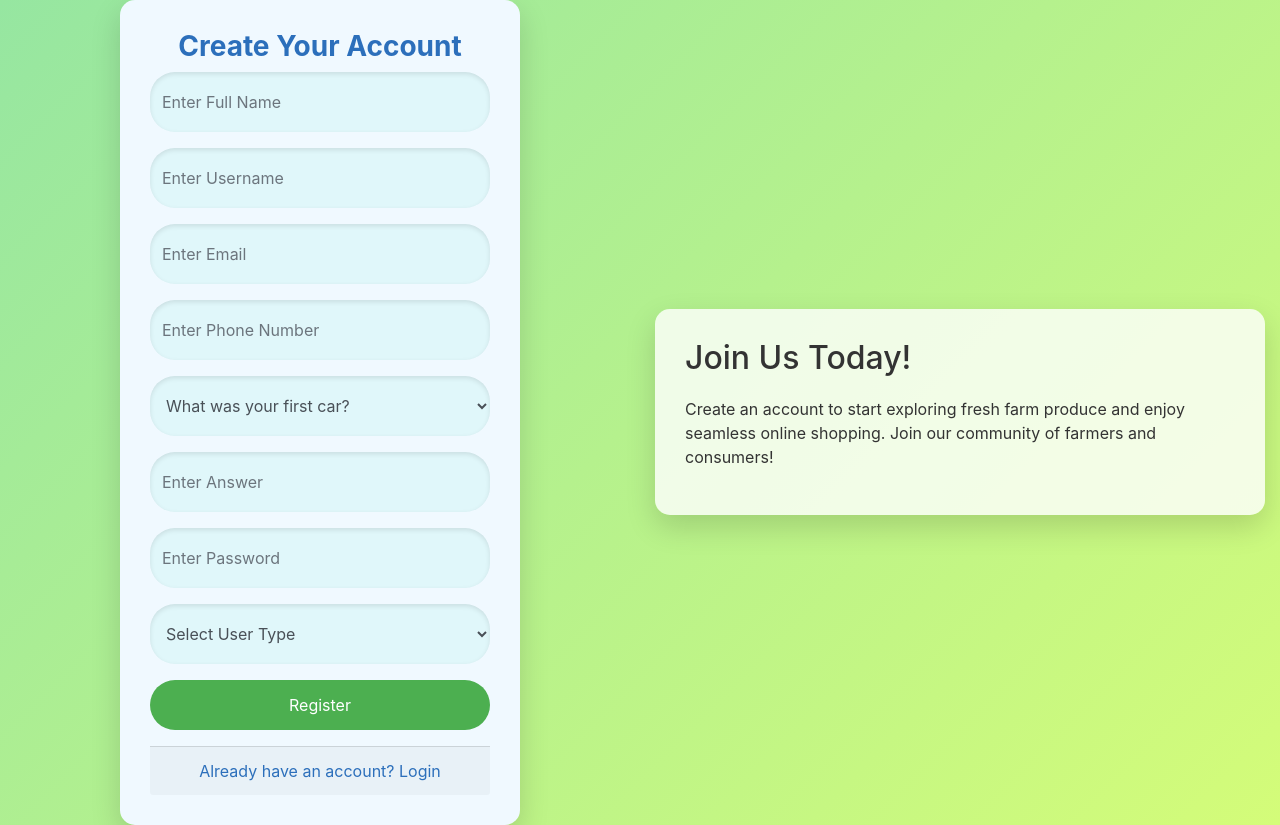
Repository: Dineshbabu290904/DigiMart
Page: http://localhost/DigiMart/signup.jsp
These files come from the project's save history. The page is drawn as it stood at one moment and after the next save; the edit follows.
The browser window is 1280 px wide. The pictures show the whole page.
Some web libraries are served in a nearby version. The page is served by Tomcat 9.

Above is the page before, as saved 2024-10-16 15:30:40.

After the next save:
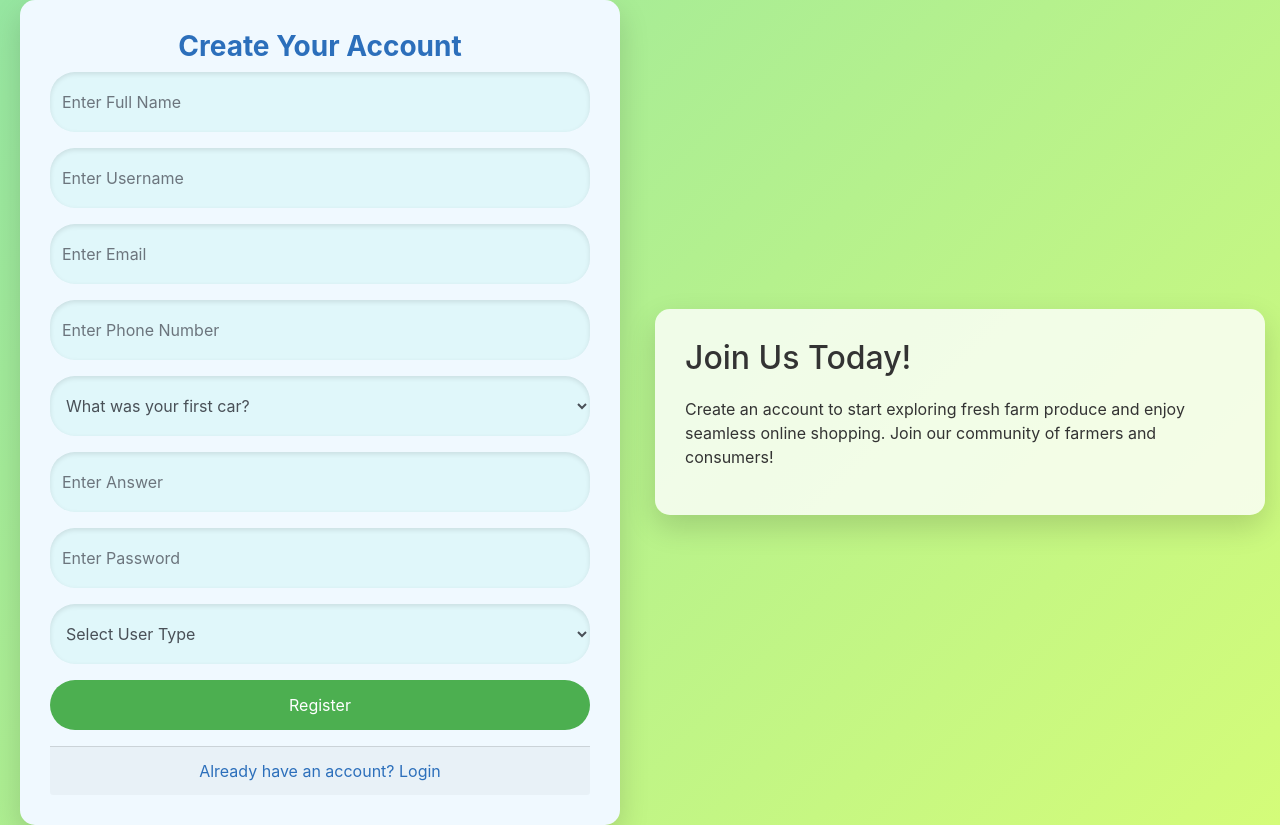
Saved 4 s later.
--- a/DigiMart/src/main/webapp/signup.jsp
+++ b/DigiMart/src/main/webapp/signup.jsp
@@ -26,7 +26,7 @@
             box-shadow: 0 12px 30px rgba(0, 0, 0, 0.15); /* Soft shadow */
             transition: transform 0.3s ease;
             width: 100%; /* Ensure full width on small devices */
-            max-width: 400px; /* Set maximum width for the card */
+            max-width: 600px; /* Set maximum width for the card */
         }
         .card-custom:hover {
             transform: translateY(-5px); /* Subtle hover lift */
